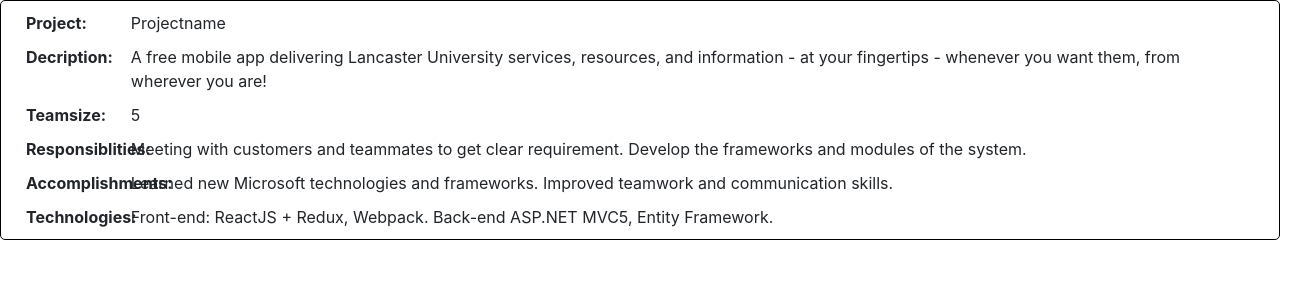
Repository: khoibanh113/mycv
Page: /
An editor plug-in stored every save of this project. The page is shown before and after the next save, followed by the edit.
The browser window is 1280 px wide. The page is 1280 px wide, then 1294 px, then 1280 px, so the pictures cover 1294 px, including what lies to the right of the window. The pictures show the whole page.
The project was rebuilt for these pictures with package versions that can differ from the ones it lists, and the page was loaded fresh each time. Also part of the build but not shown: src/css/avatar.css, src/component/avatar.js, src/css/contact.css, src/component/contact.js, src/component/study.js.

Above is the page before, as saved 2021-03-31 11:14:43.

After the next save:
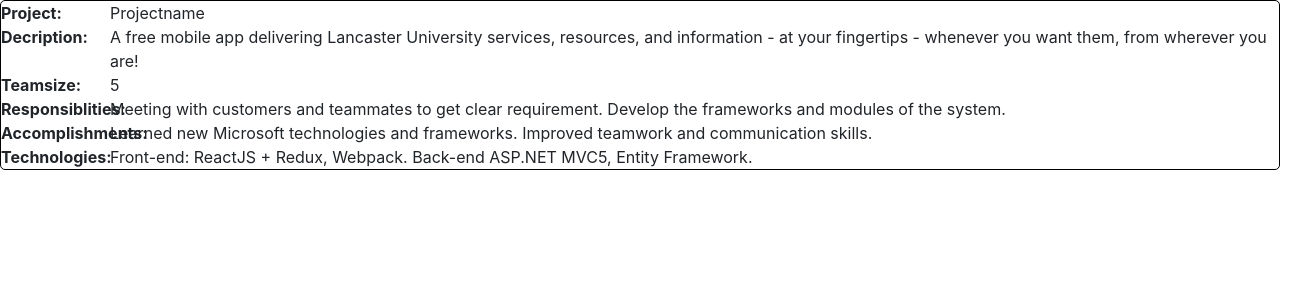
Saved 115 s later.
--- a/src/css/experience.css
+++ b/src/css/experience.css
@@ -3,6 +3,7 @@
     border: 1px solid black;
     border-radius: 5px;
 }
-.row-experience{
+li .row-experience{
+    list-style: circle;
     margin: 10px;
 }

After the save that followed:
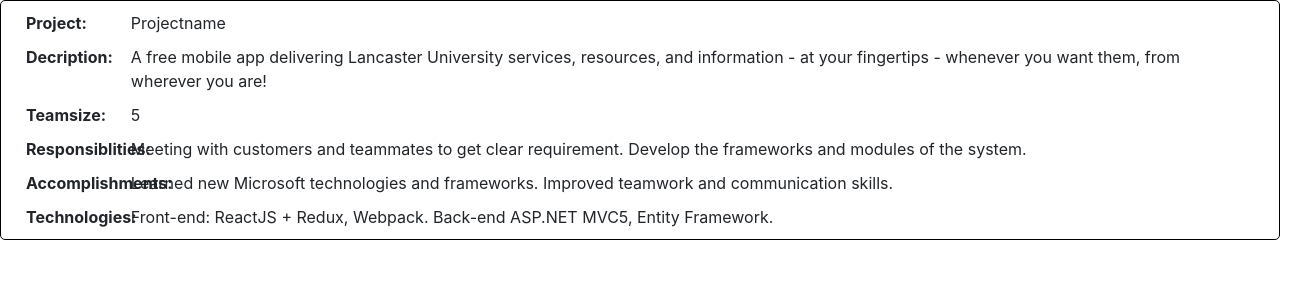
Saved 68 s later.
--- a/src/css/experience.css
+++ b/src/css/experience.css
@@ -3,7 +3,7 @@
     border: 1px solid black;
     border-radius: 5px;
 }
-li .row-experience{
-    list-style: circle;
+div
+.row-experience{
     margin: 10px;
 }
